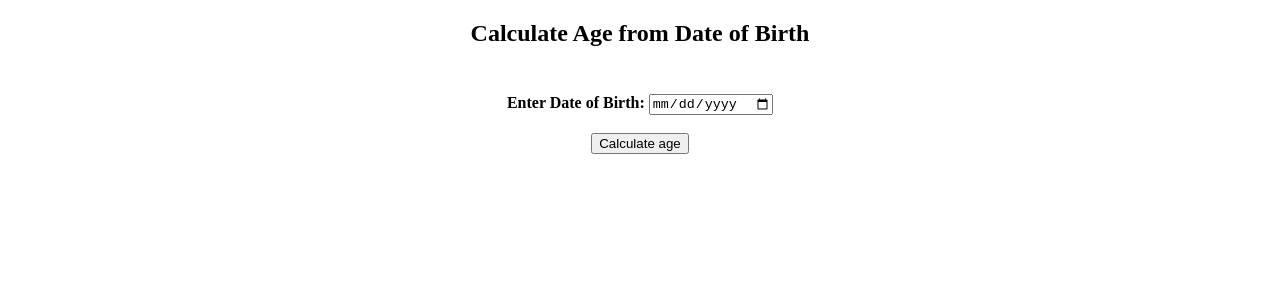
Repository: HoangDuy315/web-dev2022
Page: hw151022/ex2/ex2.4/index.html
These files come from the project's save history. The page is drawn as it stood at one moment and after the next save; the edit follows.
The browser window is 1280 px wide. The pictures show the whole page.

Above is the page before, as saved 2022-10-15 15:12:53.

After the next save:
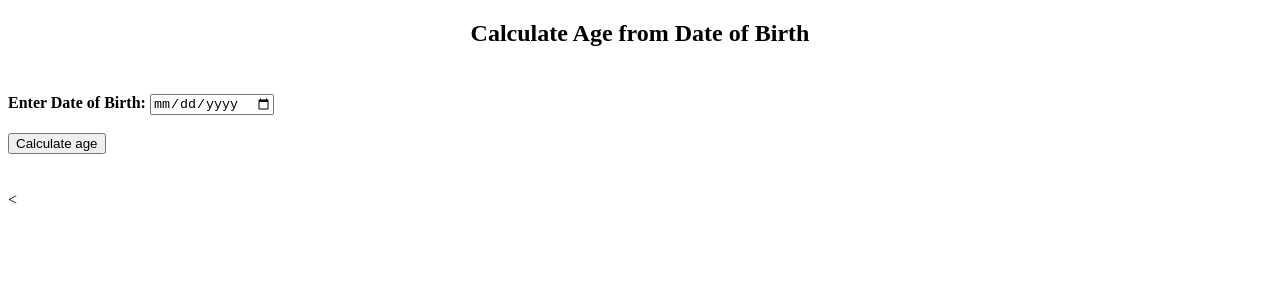
Saved 46 s later.
--- a/hw151022/ex2/ex2.4/index.html
+++ b/hw151022/ex2/ex2.4/index.html
@@ -35,7 +35,7 @@ function ageCalculator() {
 </script>
 </head>
 <body>
-<center>
+
 <h2 style="color: 32A80F" align="center"> Calculate Age from Date of Birth <br> <br> </h2>
 
 <!-- Choose a date and enter in input field -->
@@ -45,6 +45,6 @@ function ageCalculator() {
 <!-- Choose a date and enter in input field -->
 <button type="submit" onclick = "ageCalculator()"> Calculate age </button> <br><br>
 <h3 style="color:32A80F" id="result" align="center"></h3>
-</center>
+<
 </body>
 </html>

After the save that followed:
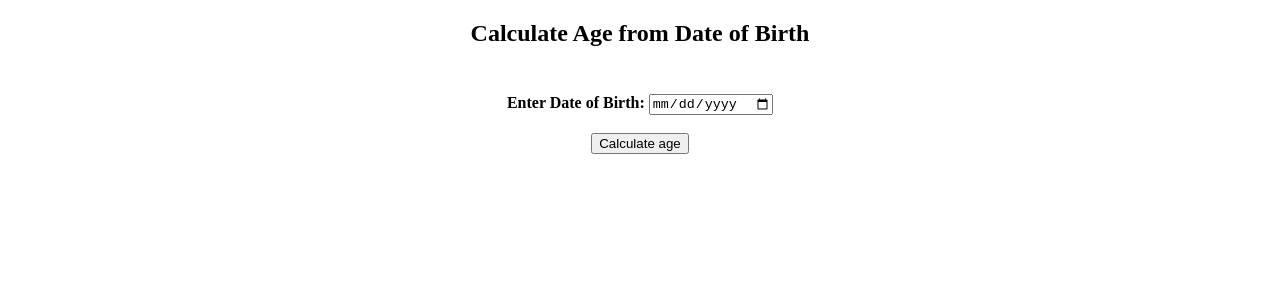
Saved 23 s later.
--- a/hw151022/ex2/ex2.4/index.html
+++ b/hw151022/ex2/ex2.4/index.html
@@ -35,7 +35,7 @@ function ageCalculator() {
 </script>
 </head>
 <body>
-
+<center>
 <h2 style="color: 32A80F" align="center"> Calculate Age from Date of Birth <br> <br> </h2>
 
 <!-- Choose a date and enter in input field -->
@@ -45,6 +45,6 @@ function ageCalculator() {
 <!-- Choose a date and enter in input field -->
 <button type="submit" onclick = "ageCalculator()"> Calculate age </button> <br><br>
 <h3 style="color:32A80F" id="result" align="center"></h3>
-<
+</center>
 </body>
 </html>
